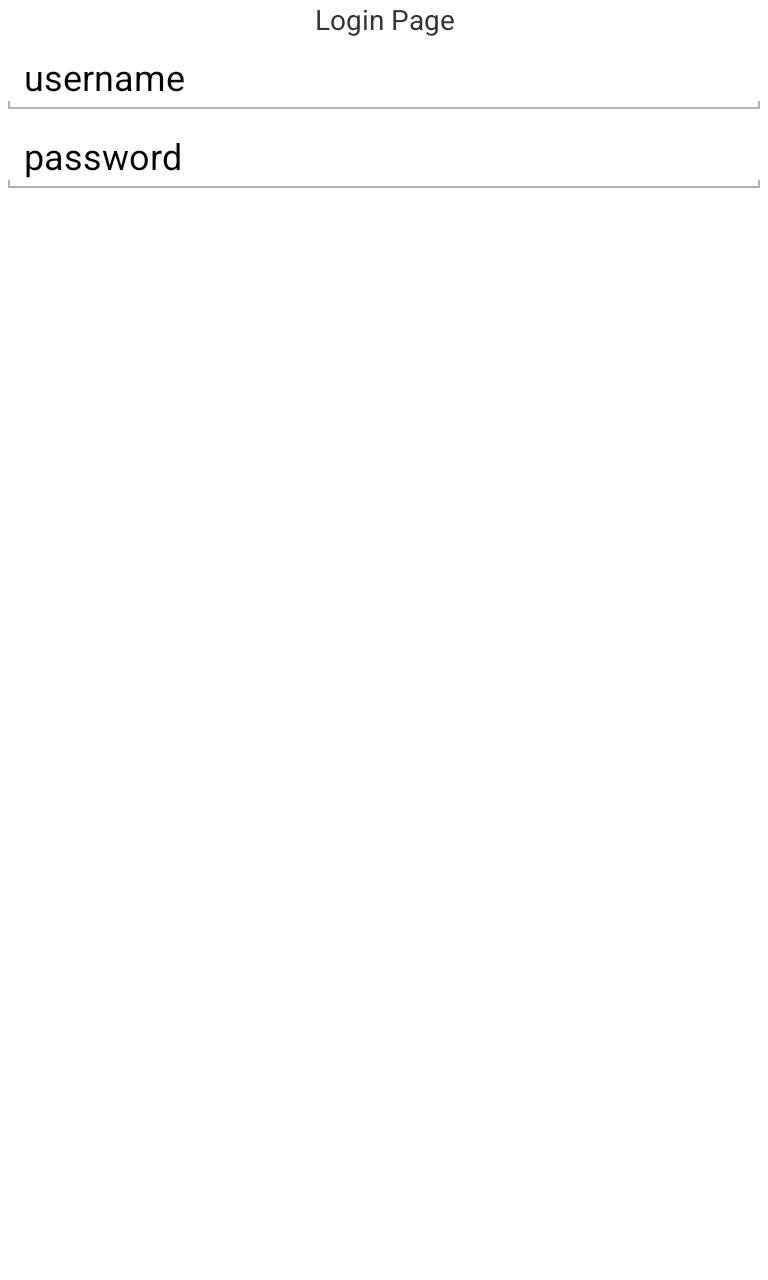
Repository: founderzhl/MarsAndroid
Layout: S01_E15_RelativeLayout02/res/layout/activity_main.xml
These files come from the project's save history. The layout is drawn as it stood at one moment and after the next save; the edit follows.
It is drawn on a 768 x 1280 px phone screen (xhdpi) without system bars, with theme AppTheme; the app's code is not run.

Above is the layout before, as saved 2015-01-22 16:18:49.

### S01_E15_RelativeLayout02/res/layout/activity_main.xml
<RelativeLayout xmlns:android="http://schemas.android.com/apk/res/android"
    xmlns:tools="http://schemas.android.com/tools"
    android:layout_width="match_parent"
    android:layout_height="match_parent" >

    <TextView
        android:id="@+id/labelView"
        android:layout_width="match_parent"
        android:layout_height="wrap_content"
        android:gravity="center"
        android:text="Login Page" />

        <EditText
        android:id="@+id/usernameText"
        android:layout_width="wrap_content"
        android:layout_height="wrap_content"
        android:text="username"
        android:layout_below="@id/labelView"
        android:layout_alignParentLeft="true"
        android:layout_alignParentRight="true" />

        <EditText
        android:id="@+id/passwordText"
        android:layout_width="wrap_content"
        android:layout_height="wrap_content"
        android:text="password"
        android:layout_below="@id/usernameText"
        android:layout_alignLeft="@id/usernameText"
        android:layout_alignRight="@id/usernameText" />
</RelativeLayout>

Loaded but not shown: S01_E15_RelativeLayout02/res/values/styles.xml (common file); S01_E15_RelativeLayout02/res/values-v11/styles.xml (common file); S01_E15_RelativeLayout02/res/values-v14/styles.xml (common file)

After the next save:
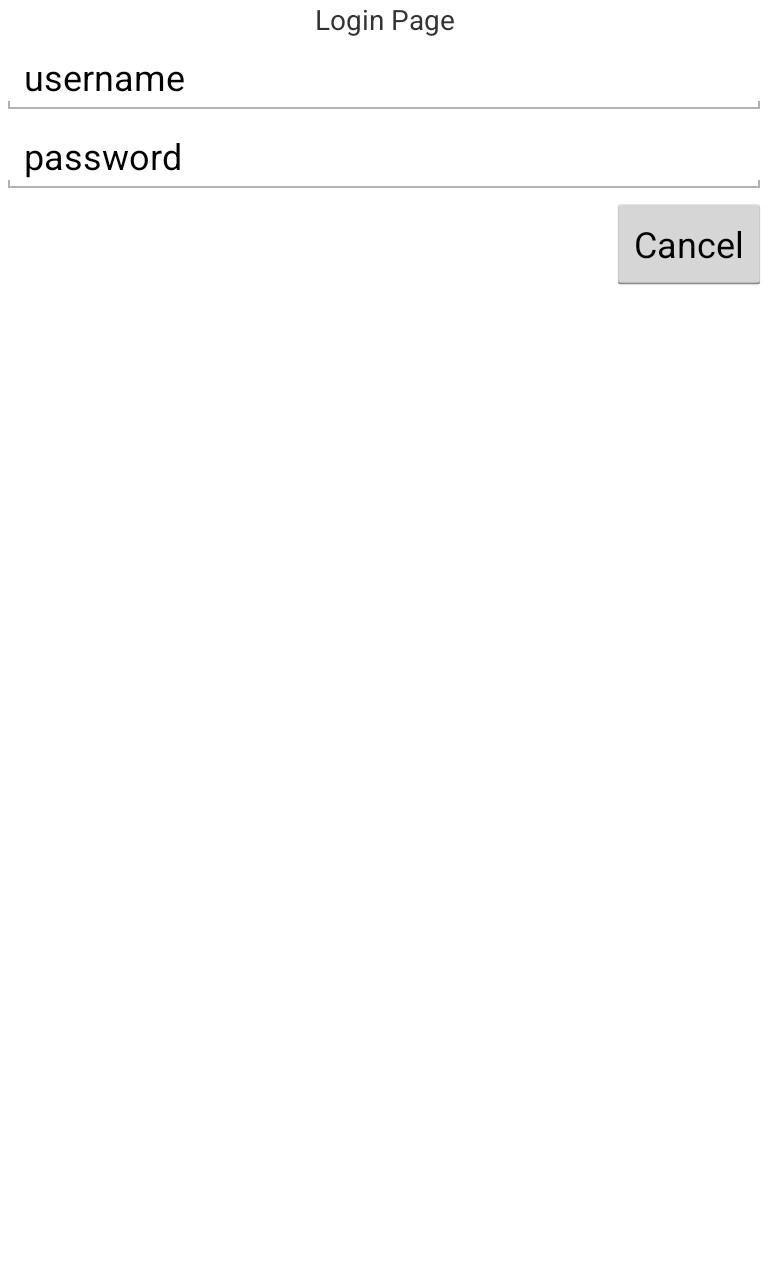
Saved 2 min 23 s later.
--- a/S01_E15_RelativeLayout02/res/layout/activity_main.xml
+++ b/S01_E15_RelativeLayout02/res/layout/activity_main.xml
@@ -27,4 +27,13 @@
         android:layout_below="@id/usernameText"
         android:layout_alignLeft="@id/usernameText"
         android:layout_alignRight="@id/usernameText" />
+
+        <Button
+            android:id="@+id/cancelButton"
+            android:layout_width="wrap_content"
+            android:layout_height="wrap_content"
+            android:layout_alignParentRight="true"
+            android:layout_below="@+id/passwordText"
+            android:text="Cancel" />
+
 </RelativeLayout>
